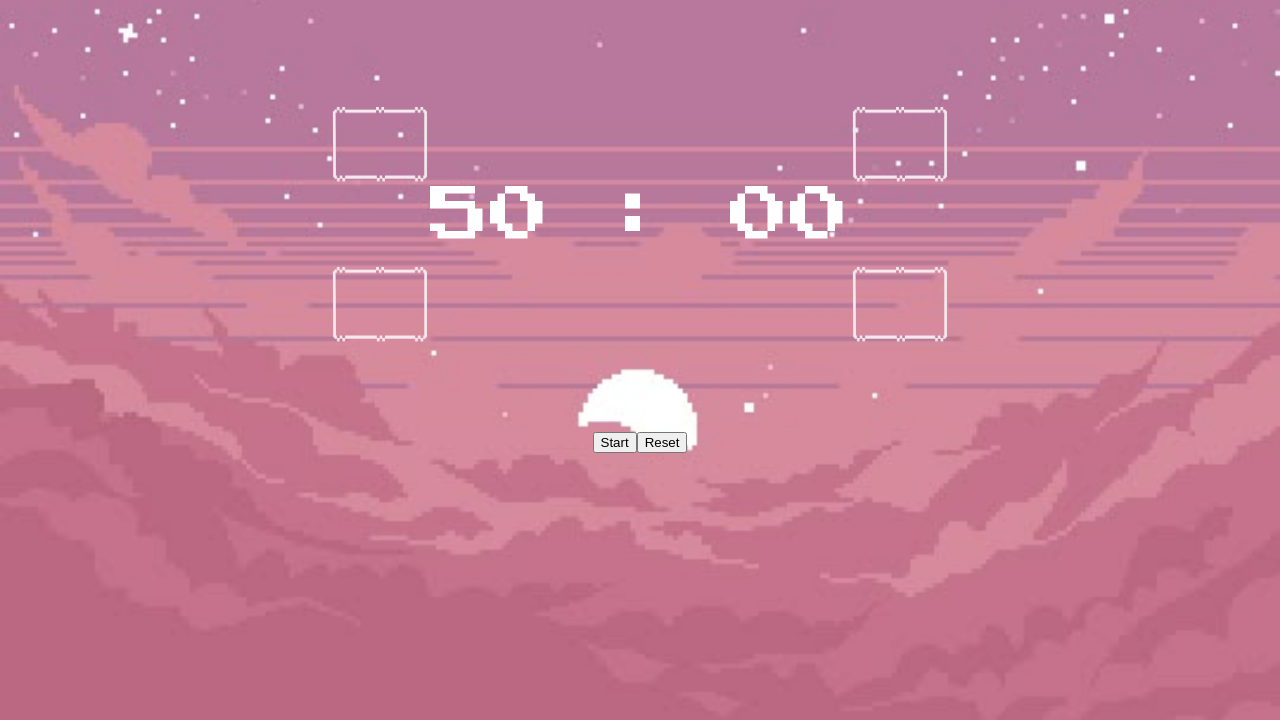
Repository: niharikapatil2306/Study-Timer
Page: index.html
These files come from the project's save history. The page is drawn as it stood at one moment and after the next save; the edit follows.
The browser window is 1280 px wide. The pictures show the whole page.

Above is the page before, as saved 2025-02-15 17:22:01.

After the next save:
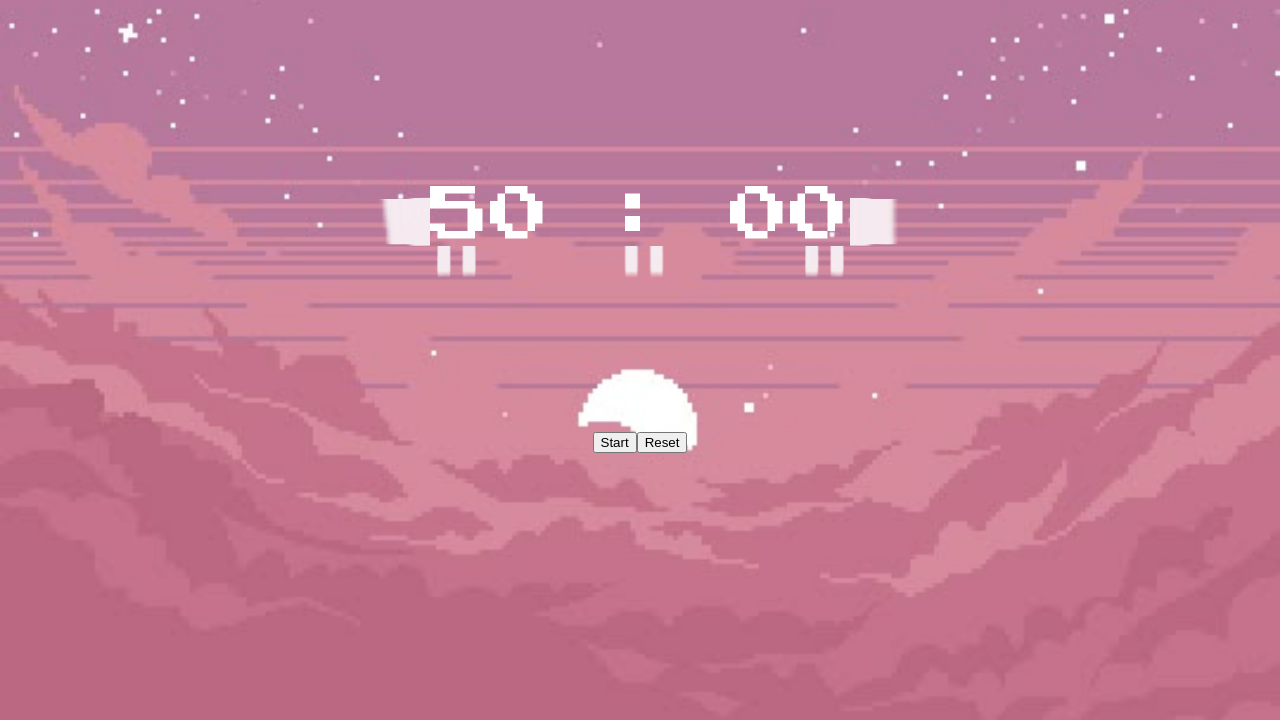
Saved 4 s later.
--- a/style.css
+++ b/style.css
@@ -11,7 +11,7 @@ body {
 
 .box{
     border: 100px solid transparent;
-    border-image: url('./img/border.png') 600 round ;
+    border-image: url('./img/border.png') 30 round ;
 }
 
 .timer{
